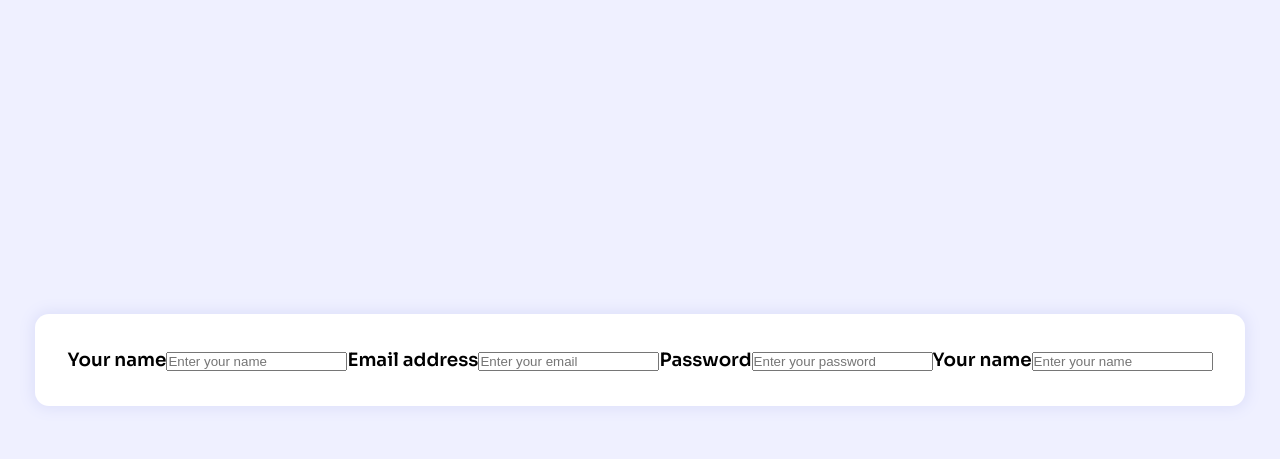
Repository: ducanhaep/react-form-formik-yup
Page: /
These files come from the project's save history. The page is drawn as it stood at one moment and after the next save; the edit follows.
The browser window is 1280 px wide. The pictures show the whole page.
The project was rebuilt for these pictures with package versions that can differ from the ones it lists, and the page was loaded fresh each time. Also part of the build but not shown: src/components/signup.css.

Above is the page before, as saved 2022-03-22 13:16:55.

### public/index.html
<!DOCTYPE html>
<html lang="en">

<head>
  <meta charset="utf-8" />
  <link rel="icon" href="%PUBLIC_URL%/favicon.ico" />
  <meta name="viewport" content="width=device-width, initial-scale=1" />
  <meta name="theme-color" content="#000000" />
  <meta name="description" content="Web site created using create-react-app" />
  <link href="https://fonts.googleapis.com/css2?family=Sora:wght@600;700;800&display=swap" rel="stylesheet" />
  <link rel="apple-touch-icon" href="%PUBLIC_URL%/logo192.png" />
  <!--
      manifest.json provides metadata used when your web app is installed on a
      user's mobile device or desktop. See https://developers.google.com/web/fundamentals/web-app-manifest/
    -->
  <link rel="manifest" href="%PUBLIC_URL%/manifest.json" />
  <!--
      Notice the use of %PUBLIC_URL% in the tags above.
      It will be replaced with the URL of the `public` folder during the build.
      Only files inside the `public` folder can be referenced from the HTML.

      Unlike "/favicon.ico" or "favicon.ico", "%PUBLIC_URL%/favicon.ico" will
      work correctly both with client-side routing and a non-root public URL.
      Learn how to configure a non-root public URL by running `npm run build`.
    -->
  <title>React App</title>
</head>

<body>
  <noscript>You need to enable JavaScript to run this app.</noscript>
  <div id="root"></div>
  <!--
      This HTML file is a template.
      If you open it directly in the browser, you will see an empty page.

      You can add webfonts, meta tags, or analytics to this file.
      The build step will place the bundled scripts into the <body> tag.

      To begin the development, run `npm start` or `yarn start`.
      To create a production bundle, use `npm run build` or `yarn build`.
    -->
</body>

</html>

### src/App.js
import "./App.css";
import SignupForm from "./components/SignupForm";

function App() {
  return (
    <div className="App">
      <SignupForm></SignupForm>
    </div>
  );
}

export default App;

### src/App.css
*,
*::before,
*::after {
  box-sizing: border-box;
  padding: 0;
  margin: 0;
}
header {
  font-size: 1.5rem;
  color: rgb(119, 119, 252);
  font-weight: 700;
  text-align: center;
}
body {
  font-family: "Sora", sans-serif;
  display: flex;
  justify-content: center;
  align-items: center;
  min-height: 100vh;
  background-color: rgb(239, 240, 255);
  scroll-behavior: smooth;
  text-rendering: optimizeSpeed;
  line-height: 1.5;
  padding: 1rem 2rem 1rem 2rem;
  font-size: 1.15rem;
}
.App {
  background-color: white;
  padding: 2rem;
  min-width: 500px;
  border-radius: 14px;
  box-shadow: 0px 0px 14px 3px rgb(222, 224, 250);
}

### src/components/SignupForm.jsx
import { useState } from "react";
import "./signup.css";
const SignupForm = () => {
  const [email, setEmail] = useState("");
  const [name, setName] = useState("");
  const [phone, setPhone] = useState("");
  const [password, setPassword] = useState("");
  const [confirmPassword, setConfirmPassword] = useState("");
  return (
    <section>
      <form className="infoform">
        <label htmlFor="">Your name</label>
        <input
          type="text"
          id="name"
          placeholder="Enter your name"
          name="name"
        />

        <label htmlFor="">Email address</label>
        <input
          type="text"
          id="email"
          placeholder="Enter your email"
          name="email"
        />

        <label htmlFor="">Password</label>
        <input
          type="password"
          id="password"
          placeholder="Enter your password"
          name="password"
        />

        <label htmlFor="">Your name</label>
        <input
          type="text"
          id="name"
          placeholder="Enter your name"
          name="name"
        />
      </form>
    </section>
  );
};
export default SignupForm;

Loaded but not shown: src/index.js (common file)

After the next save:
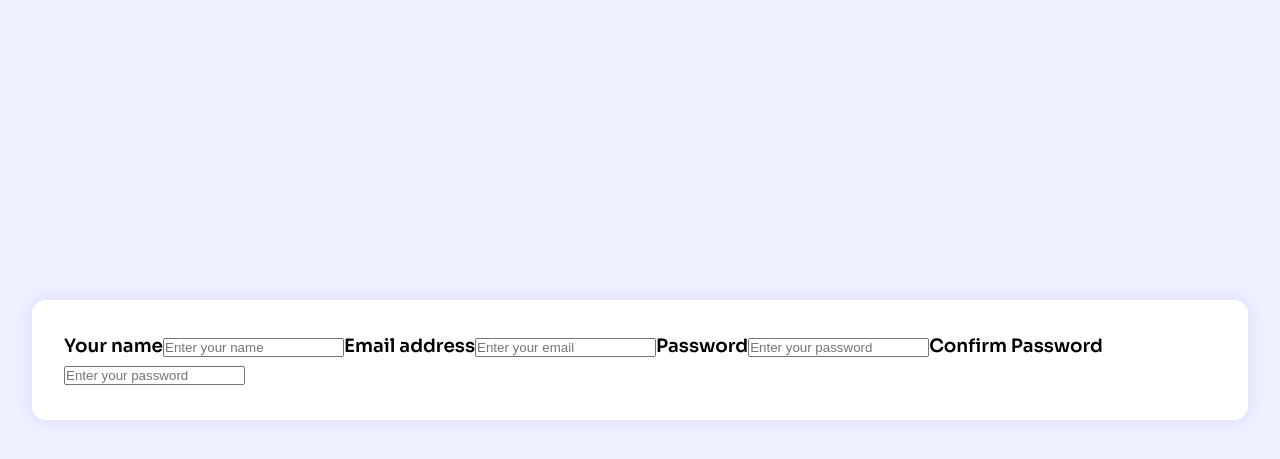
Saved 65 s later.
--- a/src/components/SignupForm.jsx
+++ b/src/components/SignupForm.jsx
@@ -19,7 +19,7 @@ const SignupForm = () => {
 
         <label htmlFor="">Email address</label>
         <input
-          type="text"
+          type="email"
           id="email"
           placeholder="Enter your email"
           name="email"
@@ -27,18 +27,18 @@ const SignupForm = () => {
 
         <label htmlFor="">Password</label>
         <input
-          type="password"
+          type="text"
           id="password"
           placeholder="Enter your password"
           name="password"
         />
 
-        <label htmlFor="">Your name</label>
+        <label htmlFor="">Confirm Password</label>
         <input
           type="text"
-          id="name"
-          placeholder="Enter your name"
-          name="name"
+          id="confirmepassword"
+          placeholder="Enter your password"
+          name="confirmepassword"
         />
       </form>
     </section>
